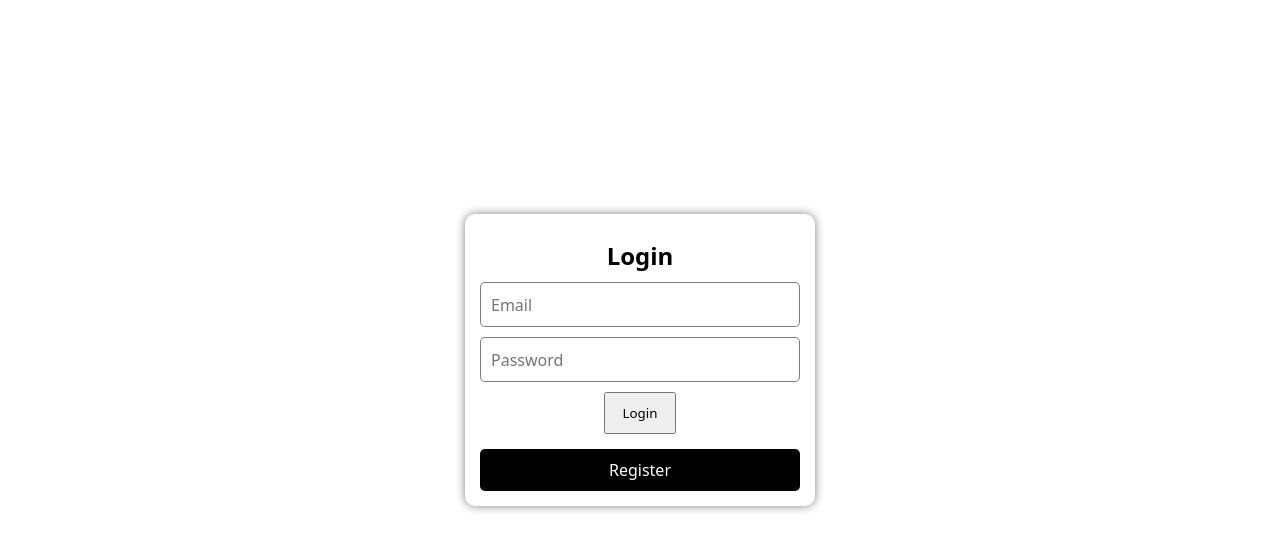
Repository: SanjaySokal/learn-java
Page: http://localhost/ServletProject/login.jsp
The author's editor kept a copy of each file at every save. The page is drawn from the files as they stood at one save, then again after the next save.
The browser window is 1280 px wide. The pictures show the whole page.
The page is served by Tomcat 9. Other server files are loaded and not shown.

Above is the page before, as saved 2023-09-09 03:24:27.

### ServletProject/src/main/webapp/login.jsp
<%@ page language="java" contentType="text/html; charset=UTF-8"
    pageEncoding="UTF-8"%>
<!DOCTYPE html>
<html>
<head>
	<meta charset="UTF-8">
	<title>Login</title>
	<link rel="stylesheet" href="style.css">
</head>
<body>
	<div class="body-center">
		<form method="post" action="login">
			<h2>Login</h2>
			<input type="email" placeholder="Email" name="email" required>
			<input type="password" placeholder="Password" name="password" required>
			<button type="submit">Login</button>
			<a href="register.jsp">Register</a>
		</form>
	</div>
</body>
</html>

### ServletProject/src/main/webapp/style.css
@charset "UTF-8";
* {
	margin: 0;
	padding: 0;
	box-sizing: border-box;
	font-family: system-ui, -apple-system, BlinkMacSystemFont, 'Segoe UI', Roboto, Oxygen, Ubuntu, Cantarell, 'Open Sans', 'Helvetica Neue', sans-serif;
}

.body-center {
	display: flex;
	align-items: center;
	justify-content: center;
	height: 100vh;
}

form {
	max-width: 350px;
	border-radius: 10px;
	box-shadow: 0 0 10px rgba(0, 0, 0, 0.5);
	padding: 15px;
}

form h2 {
	text-align: center;
	margin: 10px auto;
}

form input {
	width: 100%;
	outline: none;
	border: 1px solid rgba(0, 0, 0, 0.5);
	font-size: 16px;
	border-radius: 5px;
	height: 45px;
	margin-bottom: 10px;
	padding: 0 10px;
}

form button {
	padding: 10px 17px;
	cursor: pointer;
	display: block;
	margin: 0px auto;
}

form a {
	text-decoration: none;
	color: #fff;
	display: block;
	text-align: center;
	margin-top: 15px;
	background-color: #000;
	border-radius: 5px;
	padding: 10px;
	transition: all 0.3s linear;
}

form a:hover,
form a:focus {
	background-color: #ff0000;
}

After the next save:
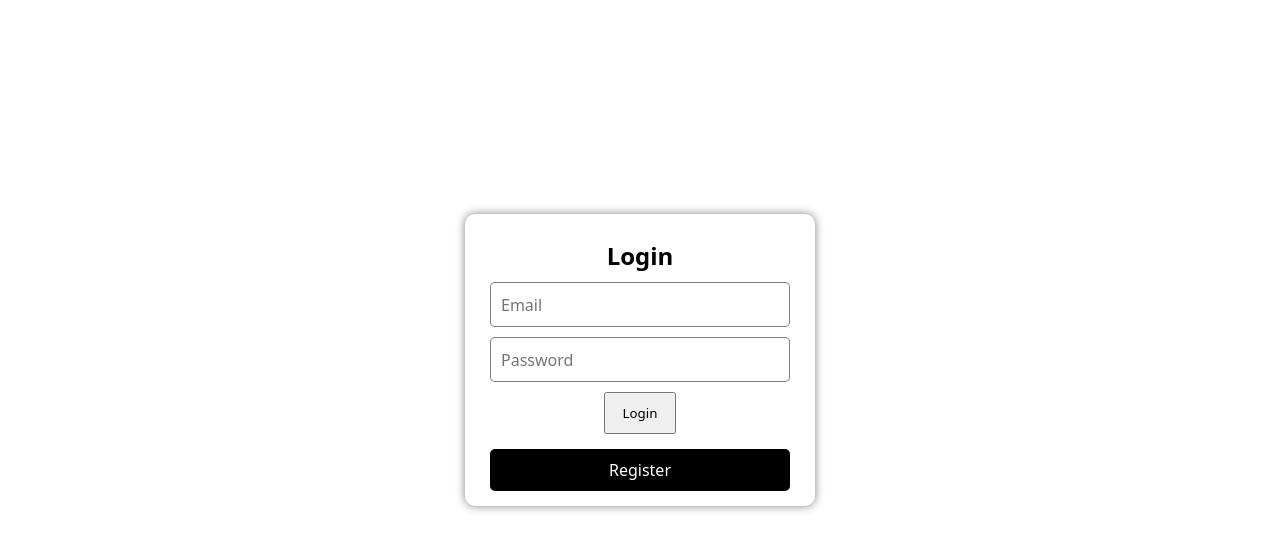
Saved 49 s later.
--- a/ServletProject/src/main/webapp/style.css
+++ b/ServletProject/src/main/webapp/style.css
@@ -17,7 +17,7 @@
 	max-width: 350px;
 	border-radius: 10px;
 	box-shadow: 0 0 10px rgba(0, 0, 0, 0.5);
-	padding: 15px;
+	padding: 15px 25px;
 }
 
 form h2 {
